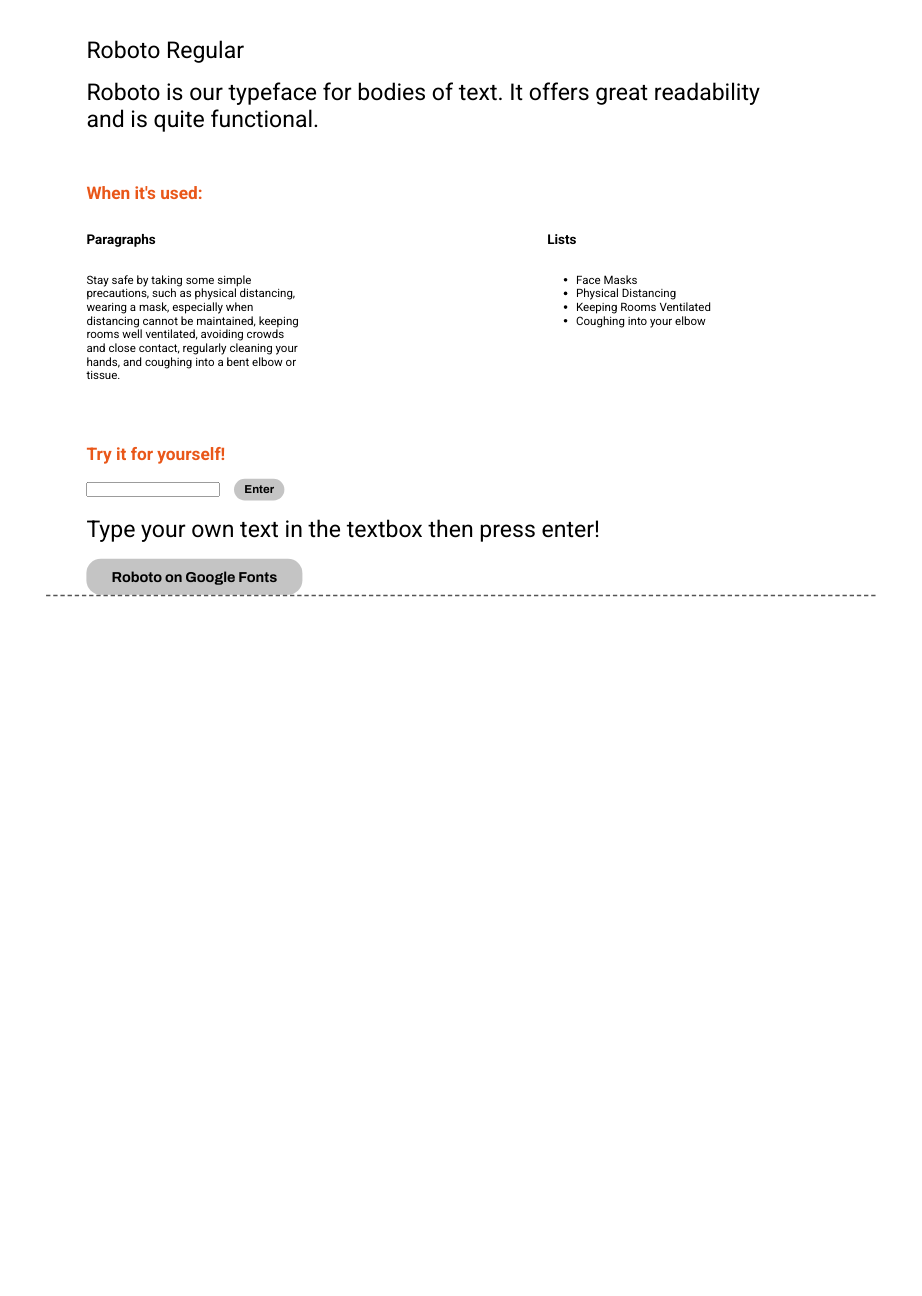
Repository: Levic559/bird-styleguide
Page: typography/index.html
An editor plug-in stored every save of this project. The page is shown before and after the next save, followed by the edit.
The browser window is 1280 px wide. The pictures show the whole page, at 72% of full size.

Above is the page before, as saved 2021-03-22 05:56:40.

### typography/index.html
<!DOCTYPE html>
<html>
    <head>
        <title>
            Typography
        </title>
        <link rel="preconnect" href="https://fonts.gstatic.com">
        <link href="https://fonts.googleapis.com/css2?family=Archivo:wght@700&family=Roboto:wght@400;700&display=swap" rel="stylesheet">
        <link href="style.css" rel="stylesheet">
    </head>
    <body>
        <div class="main">

            <div class="fontcontainer">
                <h1 class="Roboto top">Roboto Regular</h1>
                <h1 class="Roboto">Roboto is our typeface for bodies of text. It offers great readability and is quite functional.</h1>
                <h2 class="Orange">When it's used:</h3>
                <div class="examplescontainer">
                    <div class="column">
                        <h3>Paragraphs</h3>
                        <p>
                            Stay safe by taking some simple precautions, such as physical distancing, wearing a mask, especially when distancing cannot be maintained, keeping rooms well ventilated, avoiding crowds and close contact, regularly cleaning your hands, and coughing into a bent elbow or tissue.
                        </p>
                    </div>
                    <div class="column">
                        <h3>Lists</h3>
                        <ul>
                            <li>Face Masks</li>
                            <li>Physical Distancing</li>
                            <li>Keeping Rooms Ventilated</li>
                            <li>Coughing into your elbow</li>
                        </ul>
                    </div>
                </div>

                <h2 class="Orange">Try it for yourself!</h2>

                <div class="inputcontainer">
                    <input type="text" id="input1"></input>
                    <div class="enter" onclick="textOne()">Enter</div>
                </div>
                <h1 class="Roboto" id="output1">Type your own text in the textbox then press enter!</h1>
                <div class="linkbutton">Roboto on Google Fonts</div>
            </div>

            <div class="divider"></div>
        </div>
    </body>
    <script src="index.js"></script>
</html>

### typography/style.css
body {
    margin: 0px;
    padding: 0px;
    box-sizing: border-box;
}

.main {
    width: 100vw;
    height: 250vh;
    display: flex;
    flex-direction: column;
    justify-content: flex-start;
    font-family: Roboto;
}

.fontcontainer {
    margin-left: 120px;
    width: 940px;
}

.Roboto {
    font-family: Roboto;
    font-weight: normal;
}

.top {
    margin-top: 50px;
}

.Orange {
    color: #E95719;
    font-family: Roboto;
    margin-top: 70px;
}

.examplescontainer {
    display: flex;
    justify-content: space-between;
}

.column {
    width: 300px;
    display: flex;
    flex-direction: column;
}

.inputcontainer {
    display: flex;
    flex-direction: row;
    align-items: center;
}

.enter {
    width: 70px;
    height: 30px;
    background-color: #C4C4C4;
    color: black;
    font-family: Archivo;
    font-weight: bold;
    display: flex;
    justify-content: center;
    align-items: center;
    border-radius: 20px;
    margin-left: 20px;
}

.enter:hover, .linkbutton:hover{
    border: #545454 1px solid;
}

.linkbutton {
    width: 300px;
    height: 50px;
    background-color: #C4C4C4;
    color: black;
    font-family: Archivo;
    font-weight: bold;
    display: flex;
    justify-content: center;
    align-items: center;
    border-radius: 20px;
    font-size: 20px;
}

.divider {
    align-self: center;
    border:none;
    border-top: 2px dashed #545454;
    width: 90%;
    margin-top:
}

### typography/index.js
function textOne (){
    var text = document.getElementById("input1").value
    document.getElementById("output1").innerHTML = text
}

function textTwo (){
    var text = document.getElementById("input2").value
    document.getElementById("output2").innerHTML = text
}

function textThree (){
    var text = document.getElementById("input3").value
    document.getElementById("output3").innerHTML = text
}

After the next save:
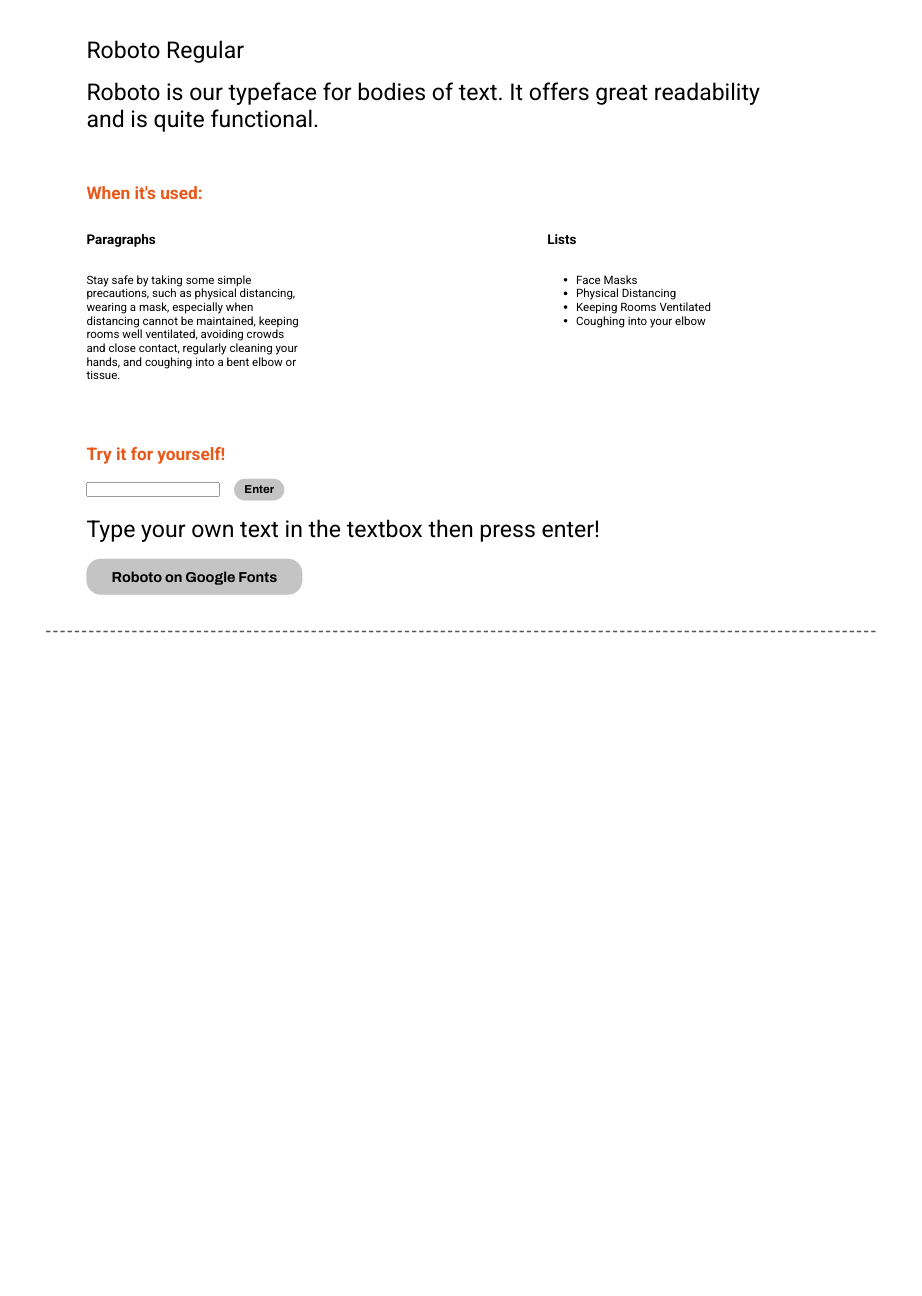
Saved 2 min 0 s later.
--- a/typography/style.css
+++ b/typography/style.css
@@ -87,5 +87,5 @@
     border:none;
     border-top: 2px dashed #545454;
     width: 90%;
-    margin-top:
+    margin-top: 50px
 }
